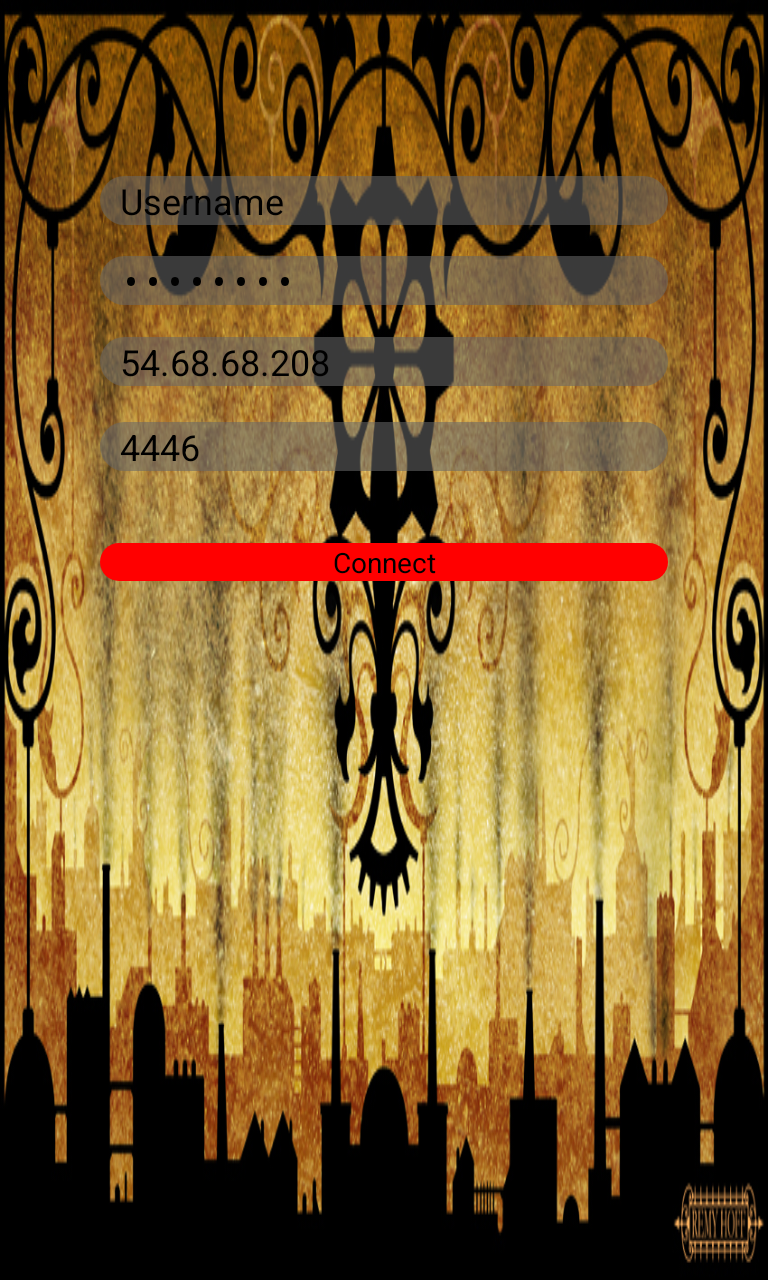
Repository: jkrepps/CSCE-482
Layout: Mobile Client (eclipse)/Industry of Deciet/res/layout/mains.xml
These files come from the project's save history. The layout is drawn as it stood at one moment and after the next save; the edit follows.
It is drawn on a 768 x 1280 px phone screen (xhdpi) without system bars, with theme AppTheme; the app's code is not run.

Above is the layout before, as saved 2014-12-03 11:06:36.

After the next save:
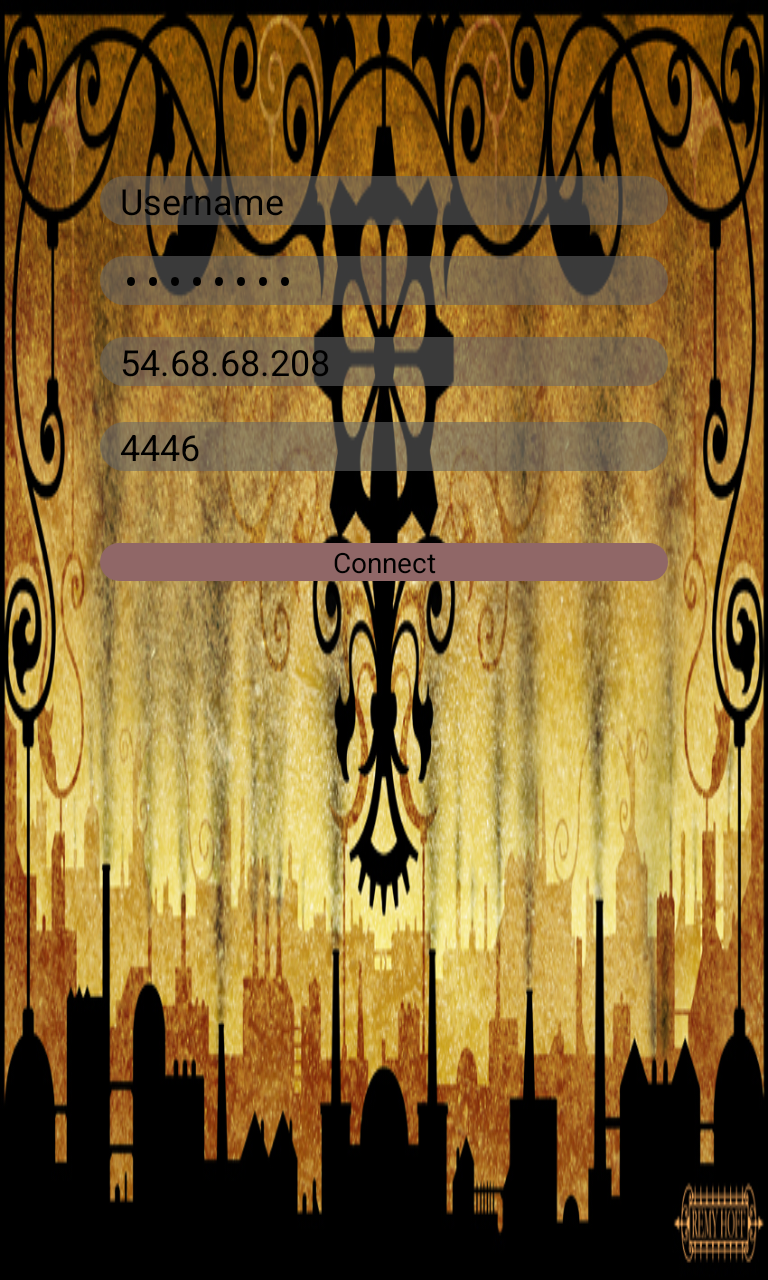
Saved 7 s later.
--- a/Mobile Client (eclipse)/Industry of Deciet/res/drawable-hdpi/roundedButton.xml
+++ b/Mobile Client (eclipse)/Industry of Deciet/res/drawable-hdpi/roundedButton.xml
@@ -1,7 +1,7 @@
 <?xml version="1.0" encoding="UTF-8"?>
  <shape xmlns:android="http://schemas.android.com/apk/res/android"
   android:shape="rectangle" android:padding="10dp">
- <solid android:color="#FF0000"
+ <solid
      	android:color="#906767"/> <!-- this one is ths color of the Rounded Button -->
   <corners
    android:bottomRightRadius="10dp"

After the save that followed:
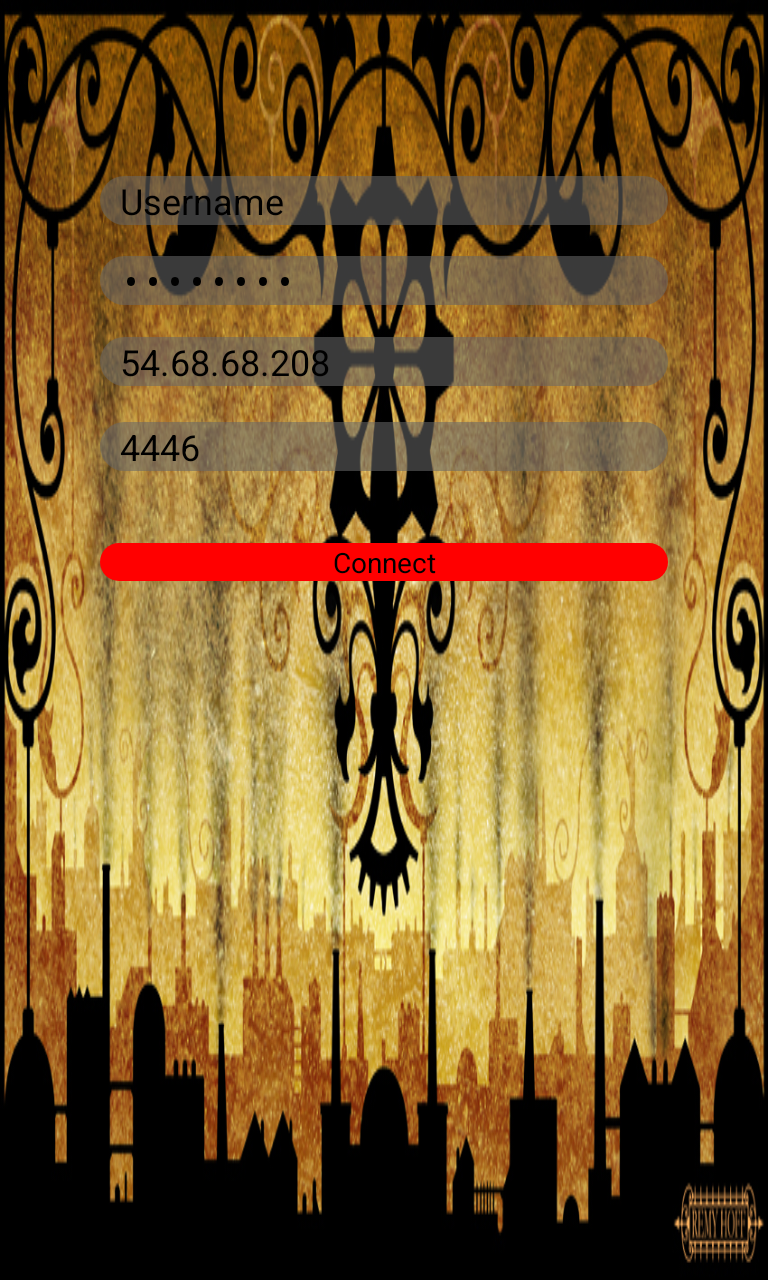
Saved 9 s later.
--- a/Mobile Client (eclipse)/Industry of Deciet/res/drawable-hdpi/roundedButton.xml
+++ b/Mobile Client (eclipse)/Industry of Deciet/res/drawable-hdpi/roundedButton.xml
@@ -1,8 +1,7 @@
 <?xml version="1.0" encoding="UTF-8"?>
  <shape xmlns:android="http://schemas.android.com/apk/res/android"
   android:shape="rectangle" android:padding="10dp">
- <solid
-     	android:color="#906767"/> <!-- this one is ths color of the Rounded Button -->
+ <solid android:color="#FF0000"/> <!-- this one is ths color of the Rounded Button -->
   <corners
    android:bottomRightRadius="10dp"
    android:bottomLeftRadius="10dp"
